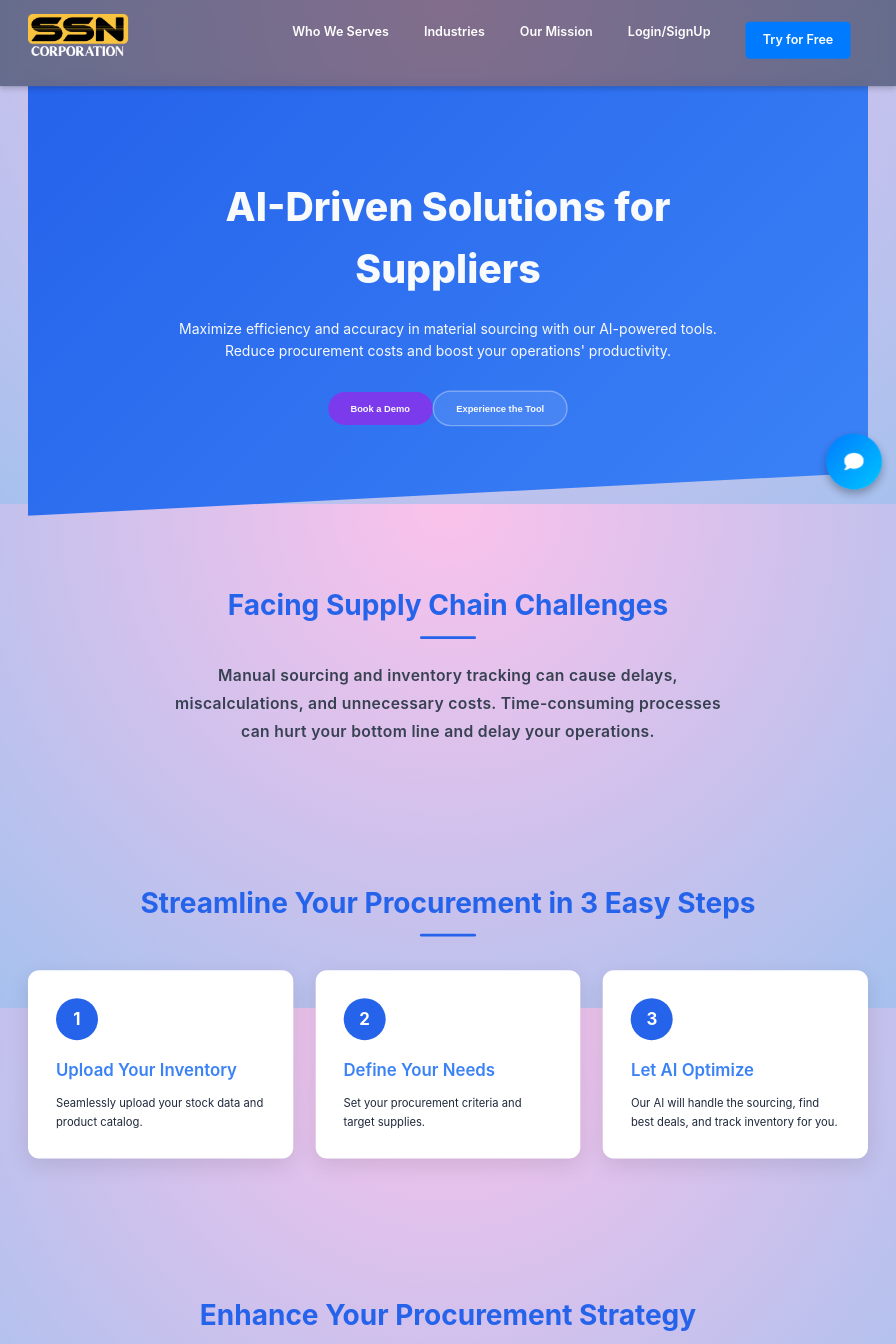
Repository: aabhashbasnet/SSNCorporation
Page: /who-we-serve/suppliers
An editor plug-in stored every save of this project. The page is shown before and after the next save, followed by the edit.
The browser window is 1280 px wide. The pictures show the part of the page from y = 0 to 1920 px (the page is 3676 px tall), at 70% of full size.
The project was rebuilt for these pictures with package versions that can differ from the ones it lists, and the page was loaded fresh each time. Also part of the build but not shown: src/components/Main/Main.jsx, src/components/Working/Working.css, src/components/Working/Working.jsx, src/components/Footer/Footer.jsx, src/pages/OurMission/OurMission.jsx, src/pages/LoginSignUp/LoginSignUp.css, src/pages/LoginSignUp/LoginSignUp.jsx, src/pages/Industries/Industries.jsx and 12 more.

Above is the page before, as saved 2025-02-11 12:53:34.

### src/index.css
/* index.css or App.css */
body {
  margin: 0;
  padding: 0;
  font-family: 'Poppins', sans-serif; /* Optional: Add modern typography */
  /* background: linear-gradient(to bottom, #0a192f, #162447); */
  /* background: linear-gradient(to bottom, #0a192f, #004aad); */
  /* background: radial-gradient(circle at top, #00c6ff, #0072ff, #0a192f);
  background: radial-gradient(circle at top, #ff7e5f, #feb47b, #f4f4f4);
  background: radial-gradient(circle at top, #6a11cb, #2575fc);
  background: radial-gradient(circle at top, #ff416c, #ff4b2b); */
  background: radial-gradient(circle at top, #fbc2eb, #a6c1ee);
  color: white; /* Ensures text is readable */
  min-height: 100vh;
}

### src/App.css
.app-container {
  min-height: 100vh;
  display: flex;
  flex-direction: column;
  background-size: cover;
  background-position: center;
}

### src/components/Main/Main.css
/* Ensure the main content takes up the remaining spaces */
html, body {
  height: 100%;
  margin: 0;
}

/* Main content styling */
.main-content {
  padding: 50px 20px;
  text-align: center; /* Center align the content */
  min-height: calc(100vh - 80px); /* Adjust height to fill the remaining space after navbar */
  display: flex;
  flex-direction: column;
  justify-content: center;
  align-items: center; /* Ensure content is centered horizontally */
}

/* Headline styling */
.headline {
  font-family: Verdana, Geneva, Tahoma, sans-serif;
  font-size: 72px; /* Increased font size */
  font-weight: bold;
  color: #333; /* Dark color for readability */
  margin-bottom: 20px;
  line-height: 1.2;
  white-space: normal; /* Allow line breaks */
  display: inline-block; /* Make it an inline-block element */
  max-width: 90%; /* Set a max-width for better control */
}

/* Description styling */
.description {
  font-size: 18px;
  font-weight: bolder;
  color: white; /* Slightly lighter color */
  max-width: 800px; /* Set max-width to avoid overly long lines */
  margin: 0 auto; /* Center align */
  line-height: 1.6;
}

.instant {
  color: red;
}

/* Button container styling */
.button-container {
  display: flex;
  gap: 20px; /* Add space between buttons */
  justify-content: center;
  margin-top: 20px;
  flex-wrap: wrap; /* Ensure buttons wrap on small screens */
  align-items: center; /* Center the buttons */
}

/* Button base styling */
.button {
  padding: 12px 30px;
  font-size: 16px;
  font-weight: bold;
  border: none;
  border-radius: 5px;
  cursor: pointer;
  transition: transform 0.3s ease, background-color 0.3s ease;
  display: inline-block;
}

/* Default button styling (for both buttons) */
.button:hover {
  transform: translateY(-3px);
}

/* "Get Started" button styling */
.button.primary {
  background-color: #007bff; /* Blue color */
  color: white;
  font-size: larger;
}

.button.primary:hover {
  background-color: #0056b3; /* Darker blue on hover */
}

/* "Connect with Us" button styling */
.button.connect {
  background-color: #28a745; /* Green color */
  color: white;
}

.button.connect:hover {
  background-color: #218838; /* Darker green on hover */
}

/* Add some responsive styling */
@media (max-width: 768px) {
  .headline {
    font-size: 48px; /* Adjust the headline font size on mobile */
  }

  .description {
    font-size: 16px; /* Adjust description font size on mobile */
    padding: 0 20px; /* Add padding on sides for better readability */
  }

  .button-container {
    flex-direction: column; /* Stack buttons on mobile */
    align-items: center; /* Center align the buttons */
  }

  .button {
    width: 100%; /* Make buttons full width on small screens */
    max-width: 300px; /* Set a maximum width for buttons */
    margin: 10px 0; /* Add margin for space between buttons */
  }
}

### src/components/Footer/Footer.css
.footer {
    background-color: #333;
    background: #2c3e50; /* Dark blue/gray */
    background: radial-gradient(circle at top, #333, #555);
    background: radial-gradient(circle at top, #4b0082, #2c003e);
    background: radial-gradient(circle at top, #2a2a2a, #3b3b3b);
    background: radial-gradient(circle at top, #2a2a2a, #4e4e4e);

    color: white;
    padding: 30px;
  }

  .footer-content {
    display: flex;
    flex-wrap: wrap;
    justify-content: space-around;
    max-width: 1200px;
    margin: 0 auto;
  }

  .footer-section {
    flex: 1 1 30%;
    margin-bottom: 20px;
    text-align: center;
  }

  .logo {
    width: 120px;
    height: auto;
    margin-bottom: 15px;
  }

  .social-links {
    display: flex;
    justify-content: center; /* Center social icons */
    gap: 20px;
  }

  .social-icon {
    font-size: 28px;
    color: white;
    transition: color 0.3s ease;
  }

  .social-icon:hover {
    color: #0e76a8;
  }


  .footer-section h4 {
    font-size: 1.5rem; /* Use rem for scalable font sizes */
    font-weight: bold;
    margin-bottom: 10px;
    color: rgb(11, 240, 11);
    text-transform: uppercase;
  }
  .footer-nav {
    list-style: none;
    padding: 0;
    margin: 0;
  }

  .footer-nav li {
    margin-bottom: 10px;
  }

  .footer-nav a {
    font-size: 1rem;
    color: hsl(0, 0%, 100%);
    text-decoration: none;
    transition: color 0.3s ease;
  }

  .footer-nav a:hover {
    color: #0e76a8;
  }

  .newsletter {
    display: flex;
    flex-direction: column; /* Stack input and button */
    align-items: center; /* Center content horizontally */
  }

  .email-input {
    padding: 10px;
    border: 1px solid #fff;
    border-radius: 5px;
    width: 80%; /* Make input responsive */
    margin-bottom: 10px;
    background-color: #444;
    color: white;
  }

  .subscribe-button {
    padding: 10px 20px;
    background-color: #d31b1b;
    color: white;
    border: none;
    border-radius: 5px;
    cursor: pointer;
    transition: background-color 0.3s ease;
    width: 80%; /* Make button responsive */
  }

  .subscribe-button:hover {
    background-color: #b91b1b;
  }

  @media screen and (max-width: 768px) {
    .footer-section {
      flex: 1 1 100%; /* Each section takes full width on mobile */
      margin-bottom: 20px; /* Add space between sections */
    }

    .newsletter {
      flex-direction: column; /* Stack input and button vertically */
      align-items: center; /* Center the content horizontally */
    }

    .email-input,
    .subscribe-button {
      width: 100%; /* Full width input and button */
    }

    .footer-nav li {
      margin-bottom: 5px; /* Reduce margin between links */
    }
  }

### src/pages/Industries/Industries.css
/* Import Poppins font */
@import url('https://fonts.googleapis.com/css2?family=Poppins:wght@700&display=swap');

.industries-container {
  padding: 5rem 1rem;
}

.industries-title {
  font-family: Arial, Helvetica, sans-serif;
  text-align: center;
  font-size: 2.9rem;
  color: #1f2937;
  margin-bottom: 1rem;
  font-weight: 1000;
}

.industries-subtitle {
  text-align: center;
  color: #4b5563;
  font-size: 1.125rem;
  max-width: 800px;
  margin: 0 auto 3rem;
  line-height: 1.6;
}

.industries-grid {
  display: grid;
  gap: 2rem;
  grid-template-columns: 1fr;
}

.industry-card {
  background: white;
  padding: 2.5rem;
  border-radius: 1rem;
  box-shadow: 0 4px 6px -1px rgba(0, 0, 0, 0.1);
  transition: transform 0.3s ease, box-shadow 0.3s ease;
}

.industry-card:hover {
  transform: translateY(-5px);
  box-shadow: 0 10px 15px -3px rgba(0, 0, 0, 0.1);
}

.icon-container {
  width: 60px;
  height: 60px;
  border-radius: 50%;
  display: flex;
  align-items: center;
  justify-content: center;
  margin-bottom: 1.5rem;
}

.industry-icon {
  font-size: 2.5rem;
  color: white;
}

.industry-title {
  color: #1f2937;
  font-size: 1.5rem;
  margin: 1.5rem 0 1rem;
  font-weight: 600;
}

.industry-description {
  color: #4b5563;
  line-height: 1.6;
  margin-bottom: 1.5rem;
}

.learn-more-btn {
  color: #3b82f6;
  text-decoration: none;
  font-weight: 500;
  display: inline-flex;
  align-items: center;
  gap: 0.5rem;
  transition: color 0.3s ease;
}

.learn-more-btn:hover {
  color: #2563eb;
}

@media (min-width: 768px) {
  .industries-grid {
    grid-template-columns: repeat(2, 1fr);
  }
}

@media (min-width: 1024px) {
  .industries-grid {
    grid-template-columns: repeat(4, 1fr);
  }

  .industries-title {
    font-size: 3rem;
  }

  .industries-subtitle {
    font-size: 1.25rem;
  }
}

### src/pages/Industries/FacilitiesMaintainance.css
/* Reset and base styles */
* {
  margin: 0;
  padding: 0;
  box-sizing: border-box;
}

body {
  background-color: #f5f7fa;
}

/* General section styling */
section {
  padding: 4rem 2rem;
  max-width: 1200px;
  margin: 0 auto;
}

/* Overview section */
.overview-section {
  display: flex;
  gap: 3rem;
  align-items: center;
  min-height: 80vh;
  background: linear-gradient(135deg, #e8f4fd 0%, #f5f7fa 100%);
  border-radius: 20px;
  margin: 2rem auto;
}

.overview-text {
  flex: 1;
}

.overview-text h1 {
  font-size: 3rem;
  margin-bottom: 1.5rem;
  color: #2c3e50;
  line-height: 1.2;
  font-weight: 700;
}

.overview-text p {
  font-size: 1.1rem;
  line-height: 1.6;
  color: #5a6c7d;
  margin-bottom: 1.5rem;
}

.overview-image {
  flex: 1;
  position: relative;
}

.overview-image img {
  width: 100%;
  height: auto;
  border-radius: 15px;
  box-shadow: 0 20px 40px rgba(0, 0, 0, 0.1);
}

/* Features and Benefits section */
.features-benefits {
  background: linear-gradient(135deg, #f5f7fa 0%, #e8f4fd 100%);
  text-align: center;
  padding: 5rem 2rem;
  border-radius: 20px;
  margin: 2rem auto;
}

.features-benefits h2 {
  font-size: 2.5rem;
  color: #2c3e50;
  margin-bottom: 3rem;
  font-weight: 700;
}

.feature-card {
  background: rgba(255, 255, 255, 0.9);
  padding: 2rem;
  border-radius: 10px;
  box-shadow: 0 10px 20px rgba(0, 0, 0, 0.05);
  transition: transform 0.3s ease;
  text-align: center;
}

.feature-card:hover {
  transform: translateY(-5px);
  background: rgba(255, 255, 255, 0.95);
  box-shadow: 0 15px 30px rgba(0, 0, 0, 0.1);
}

.feature-card i {
  font-size: 2.5rem;
  margin-bottom: 1rem;
}

.feature-card h3 {
  font-size: 1.5rem;
  color: #2c3e50;
  margin-bottom: 1rem;
  font-weight: 600;
}

.feature-card p {
  color: #5a6c7d;
  line-height: 1.5;
}

/* CTA section */
.cta-section {
  text-align: center;
  background: linear-gradient(135deg, #3498db, #2980b9);
  color: white;
  border-radius: 15px;
  margin: 2rem auto;
  padding: 4rem 2rem;
  box-shadow: 0 15px 30px rgba(41, 128, 185, 0.2);
}

.cta-section h2 {
  font-size: 2.5rem;
  margin-bottom: 1.5rem;
  font-weight: 700;
}

.cta-section p {
  font-size: 1.2rem;
  margin-bottom: 2rem;
  max-width: 600px;
  margin-left: auto;
  margin-right: auto;
  line-height: 1.6;
}

.cta-button {
  display: inline-block;
  padding: 1rem 2rem;
  font-size: 1.2rem;
  font-weight: 600;
  text-decoration: none;
  color: white;
  background: linear-gradient(135deg, #28a745, #218838);
  border-radius: 30px;
  transition: all 0.3s ease;
  cursor: pointer;
  border: 2px solid transparent;
  box-shadow: 0 4px 15px rgba(40, 167, 69, 0.2);
}

.cta-button:hover {
  transform: scale(1.05);
  box-shadow: 0 6px 20px rgba(40, 167, 69, 0.3);
  background: linear-gradient(135deg, #218838, #28a745);
  color: white;
  border-color: rgba(255, 255, 255, 0.2);
}

/* Responsive Design */
@media (max-width: 1024px) {
  .features-grid {
      grid-template-columns: repeat(2, 1fr);
  }
}

@media (max-width: 768px) {
  .overview-section {
      flex-direction: column;
      text-align: center;
  }

  .overview-text h1 {
      font-size: 2.5rem;
  }

  .features-grid {
      grid-template-columns: 1fr;
  }

  .cta-section h2 {
      font-size: 2rem;
  }
}

@media (max-width: 480px) {
  section {
      padding: 2rem 1rem;
  }

  .overview-text h1 {
      font-size: 2rem;
  }

  .features-benefits h2 {
      font-size: 2rem;
  }

  .feature-card {
      margin: 0;
  }

  .cta-button {
      width: 90%;
      max-width: 300px;
  }
}

### src/pages/WhoWeServe/Suppliers.css
/* Suppliers.css */

/* CSS Variables & Reset */
:root {
    --primary-color: #2563eb;
    --secondary-color: #3b82f6;
    --accent-color: #7c3aed;
    --text-dark: #1e293b;
    --text-light: #f8fafc;
    --transition: all 0.3s ease;
  }

  * {
    margin: 0;
    padding: 0;
    box-sizing: border-box;
  }

  body {
    font-family: 'Inter', sans-serif;
    line-height: 1.6;
    color: var(--text-dark);
  }

  /* Utility Classes */
  .container {
    max-width: 1200px;
    margin: 0 auto;
    padding: 0 1.5rem;
  }

  /* Hero Section */
  .hero {
    background: linear-gradient(135deg, #2563eb 0%, #3b82f6 100%);
    color: var(--text-light);
    padding: 8rem 0;
    clip-path: polygon(0 0, 100% 0, 100% 90%, 0 100%);
    animation: fadeIn 1s ease-out;
  }

  .hero-content {
    max-width: 800px;
    text-align: center;
    margin: 0 auto;
  }

  .hero h1 {
    font-size: 3.5rem;
    margin-bottom: 1.5rem;
    /* Increase weight for more impact */
    font-weight: 800;
    animation: slideUp 0.8s ease-out;
  }

  .hero p {
    font-size: 1.25rem;
    margin-bottom: 2.5rem;
    opacity: 0;
    animation: fadeIn 0.8s 0.3s ease-out forwards;
  }

  /* Adjusted Heading Styles for More Vibrancy */
  h2 {
    font-size: 2.5rem;
    text-align: center;
    margin-bottom: 3rem;
    /* Use primary color and extra weight */
    color: var(--primary-color);
    font-weight: 700;
    position: relative;
  }

  h2::after {
    content: '';
    position: absolute;
    bottom: -1rem;
    left: 50%;
    transform: translateX(-50%);
    width: 80px;
    height: 4px;
    background: var(--primary-color);
    border-radius: 2px;
  }

  /* Make h3 more vivid (used in Steps & Benefits) */
  h3 {
    font-size: 1.5rem;
    font-weight: 600;
    color: var(--secondary-color);
    margin-bottom: 1rem;
  }

  /* Buttons */
  button {
    padding: 1rem 2rem;
    border: none;
    border-radius: 50px;
    font-weight: 600;
    cursor: pointer;
    transition: var(--transition);
  }

  .cta-demo {
    background: var(--accent-color);
    color: var(--text-light);
  }

  .cta-demo:hover {
    transform: translateY(-2px);
    box-shadow: 0 8px 20px rgba(124, 58, 237, 0.3);
  }

  .cta-experience {
    background: rgba(255, 255, 255, 0.1);
    color: var(--text-light);
    border: 2px solid rgba(255, 255, 255, 0.3);
  }

  .cta-experience:hover {
    background: rgba(255, 255, 255, 0.2);
    transform: translateY(-2px);
  }

  /* Sections Common Styles */
  section {
    padding: 6rem 0;
  }
  .challenges p {
    font-size: 1.4rem;        /* Increase font size for better readability */
    font-weight: 600;         /* Use a bolder weight to add emphasis */
    line-height: 1.8;         /* Improve readability with extra line spacing */
    letter-spacing: 0.5px;    /* A little extra spacing can make text pop */
    color: #374151;           /* A slightly lighter, more vibrant dark tone */
    text-align: center;       /* Center the text for a more modern look */
    max-width: 800px;         /* Constrain the width for better layout control */
    margin: 0 auto;           /* Center the block within its container */
  }


  /* Process Section */
  .steps {
    display: grid;
    grid-template-columns: repeat(3, 1fr);
    gap: 2rem;
    margin-top: 4rem;
  }

  .step {
    background: white;
    padding: 2.5rem;
    border-radius: 1rem;
    box-shadow: 0 10px 30px rgba(0, 0, 0, 0.1);
    transition: var(--transition);
    opacity: 0;
    transform: translateY(20px);
    animation: fadeInUp 0.6s ease-out forwards;
  }

  .step:hover {
    transform: translateY(-10px);
  }

  .step:nth-child(1) { animation-delay: 0.2s; }
  .step:nth-child(2) { animation-delay: 0.4s; }
  .step:nth-child(3) { animation-delay: 0.6s; }

  .step-number {
    width: 60px;
    height: 60px;
    background: var(--primary-color);
    color: white;
    border-radius: 50%;
    display: flex;
    align-items: center;
    justify-content: center;
    font-size: 1.5rem;
    font-weight: 700;
    margin-bottom: 1.5rem;
  }

  /* Benefits Section */
  .benefit-container {
    display: grid;
    grid-template-columns: repeat(3, 1fr);
    gap: 2rem;
    margin-top: 4rem;
  }

  .benefit {
    background: rgba(59, 130, 246, 0.05);
    padding: 2rem;
    border-radius: 1rem;
    border: 2px solid rgba(59, 130, 246, 0.1);
    transition: var(--transition);
  }

  .benefit:hover {
    transform: translateY(-5px);
    border-color: var(--primary-color);
  }

  /* Testimonials */
  .testimonial-container {
    display: grid;
    grid-template-columns: repeat(2, 1fr);
    gap: 3rem;
    margin-top: 4rem;
  }

  .testimonial {
    background: white;
    padding: 2rem;
    border-radius: 1rem;
    box-shadow: 0 10px 30px rgba(0, 0, 0, 0.05);
  }

  .testimonial-image-container {
    width: 100px;
    height: 100px;
    border-radius: 50%;
    overflow: hidden;
    margin: 0 auto 1.5rem;
    border: 4px solid var(--primary-color);
  }

  .testimonial-image {
    width: 100%;
    height: 100%;
    object-fit: cover;
  }

  /* Categories */
  .categories ul {
    display: flex;
    flex-wrap: wrap;
    gap: 1rem;
    justify-content: center;
    margin-top: 3rem;
  }

  .categories li {
    background: rgba(59, 130, 246, 0.1);
    color: var(--primary-color);
    padding: 0.8rem 1.5rem;
    border-radius: 50px;
    font-weight: 500;
    transition: var(--transition);
  }

  .categories li:hover {
    background: var(--primary-color);
    color: white;
    transform: translateY(-2px);
  }

  /* Final CTA */
  .cta-final {
    background: var(--primary-color);
    color: white;
    text-align: center;
    padding: 6rem 0;
    clip-path: polygon(0 10%, 100% 0, 100% 100%, 0 100%);
  }

  .cta-buttons {
    display: flex;
    gap: 1rem;
    justify-content: center;
    margin-top: 3rem;
  }

  .cta-free {
    background: white;
    color: var(--primary-color);
  }

  .cta-free:hover {
    background: rgba(255, 255, 255, 0.9);
  }

  /* Animations */
  @keyframes fadeIn {
    from { opacity: 0; }
    to { opacity: 1; }
  }

  @keyframes slideUp {
    from {
      opacity: 0;
      transform: translateY(30px);
    }
    to {
      opacity: 1;
      transform: translateY(0);
    }
  }

  @keyframes fadeInUp {
    to {
      opacity: 1;
      transform: translateY(0);
    }
  }

  /* Responsive Design */
  @media (max-width: 1024px) {
    .steps, .benefit-container, .testimonial-container {
      grid-template-columns: 1fr;
      gap: 2rem;
    }

    .hero h1 {
      font-size: 2.5rem;
    }

    section {
      padding: 4rem 0;
    }
  }

  @media (max-width: 768px) {
    .hero {
      padding: 6rem 0;
    }

    .hero h1 {
      font-size: 2rem;
    }

    .hero-buttons {
      flex-direction: column;
      align-items: center;
    }

    h2 {
      font-size: 2rem;
    }

    .cta-buttons {
      flex-direction: column;
      align-items: center;
    }
  }

Loaded but not shown: public/index.html (common file); src/index.js (common file); src/reportWebVitals.js (common file); src/App.js (63 lines, source omitted); src/components/FloatingChatButton/FloatingChatButton.jsx (177 lines, source omitted); src/components/FloatingChatButton/FloatingChatButton.css (285 lines, source omitted); src/components/Navbar/Navbar.jsx (138 lines, source omitted); src/pages/WhoWeServe/Suppliers.jsx (136 lines, source omitted); src/components/Navbar/Navbar.css (231 lines, source omitted); src/pages/Industries/Paving.css (214 lines, source omitted); src/pages/Industries/Landscaping.css (213 lines, source omitted); src/pages/OurMission/OurMission.css (228 lines, source omitted); src/pages/Industries/GeneralConstruction.css (205 lines, source omitted)

After the next save:
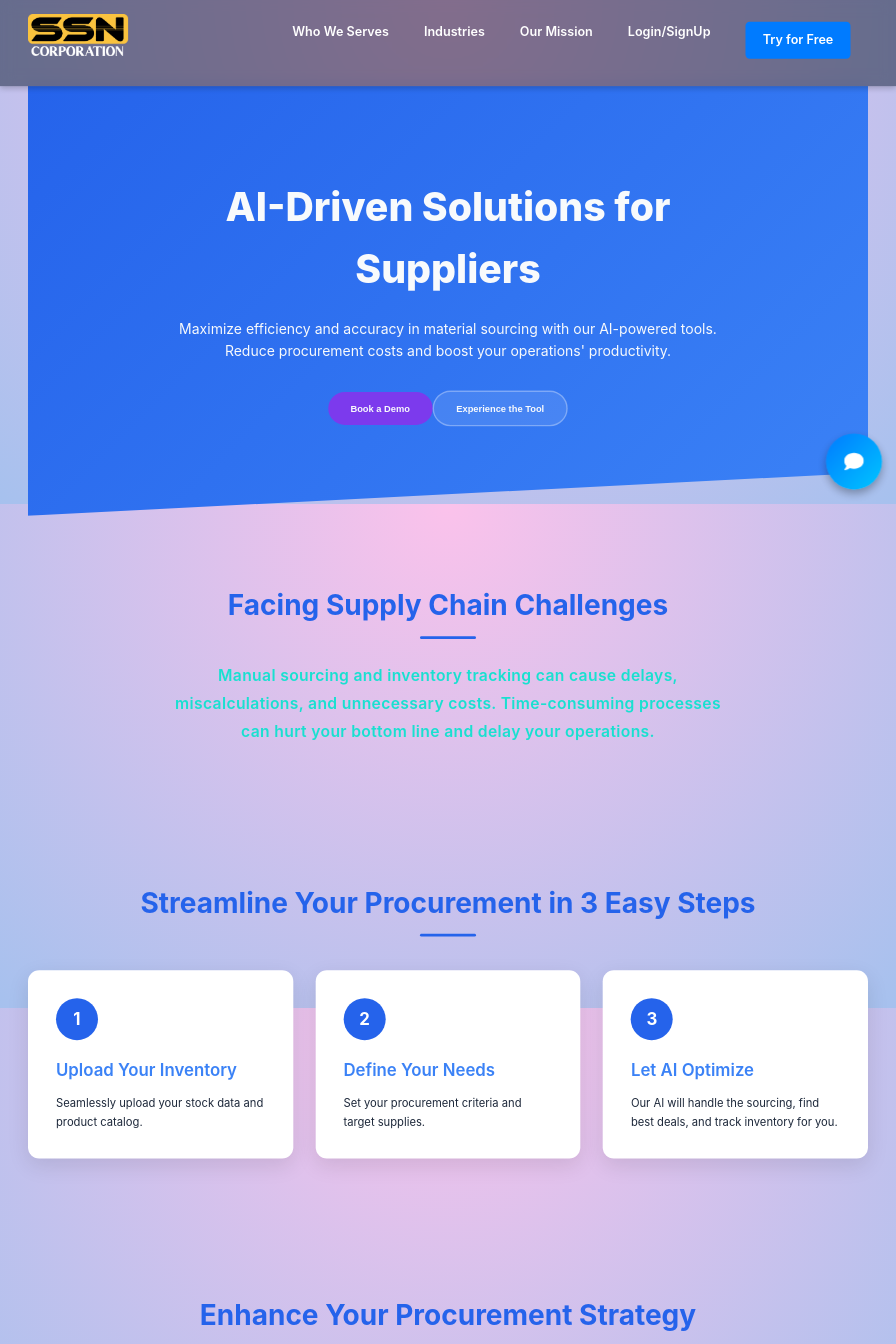
Saved 22 s later.
--- a/src/pages/WhoWeServe/Suppliers.css
+++ b/src/pages/WhoWeServe/Suppliers.css
@@ -130,7 +130,7 @@
     font-weight: 600;         /* Use a bolder weight to add emphasis */
     line-height: 1.8;         /* Improve readability with extra line spacing */
     letter-spacing: 0.5px;    /* A little extra spacing can make text pop */
-    color: #374151;           /* A slightly lighter, more vibrant dark tone */
+    color: #19e0d0;           /* A slightly lighter, more vibrant dark tone */
     text-align: center;       /* Center the text for a more modern look */
     max-width: 800px;         /* Constrain the width for better layout control */
     margin: 0 auto;           /* Center the block within its container */
